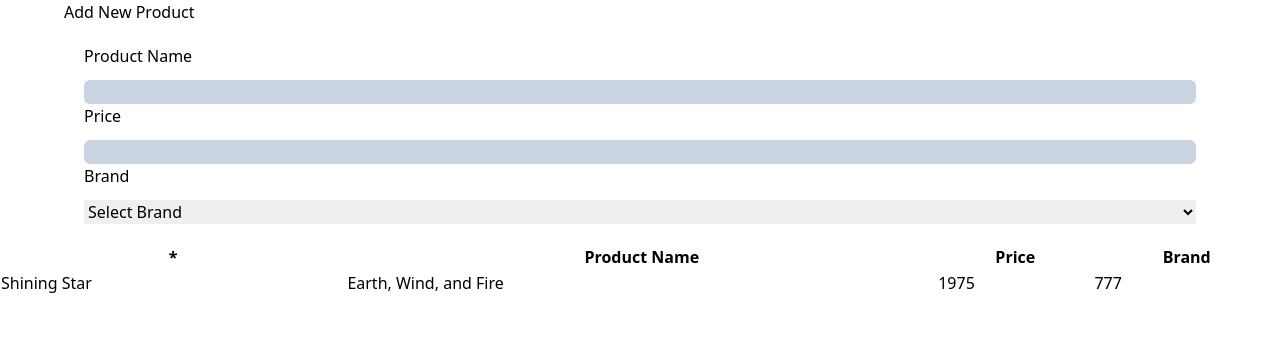
Repository: Semanmernstack/next-13-prisma-crud
Page: /product
An editor plug-in stored every save of this project. The page is shown before and after the next save, followed by the edit.
The browser window is 1280 px wide. The pictures show the whole page.
The project was rebuilt for these pictures with package versions that can differ from the ones it lists, and the page was loaded fresh each time. The framework's server and built-in components were replaced by stand-ins that run in the browser. Also part of the build but not shown: next.config.js.

Above is the page before, as saved 2023-06-01 01:06:22.

After the next save:
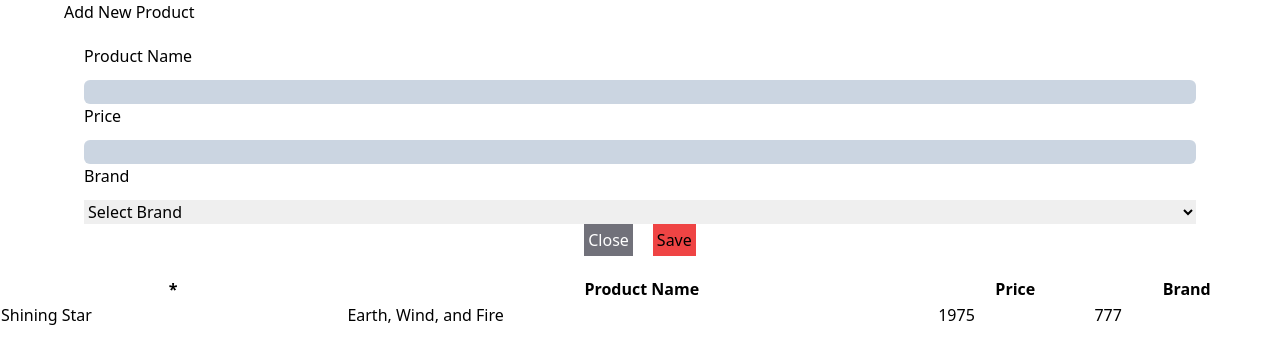
Saved 5 min 55 s later.
--- a/app/components/AddPrisma.tsx
+++ b/app/components/AddPrisma.tsx
@@ -29,6 +29,10 @@
                     <option className='hover:bg-blue-900' value="">Brand 2</option>
                 </select>
             </div>
+            <div className='flex space-x-5 items-center justify-center'>
+                <button type="button" className='bg-zinc-500 p-1 text-white' >Close</button>
+                <button type="submit" className="bg-red-500 p-1"  >Save</button>
+            </div>
 
 
 
